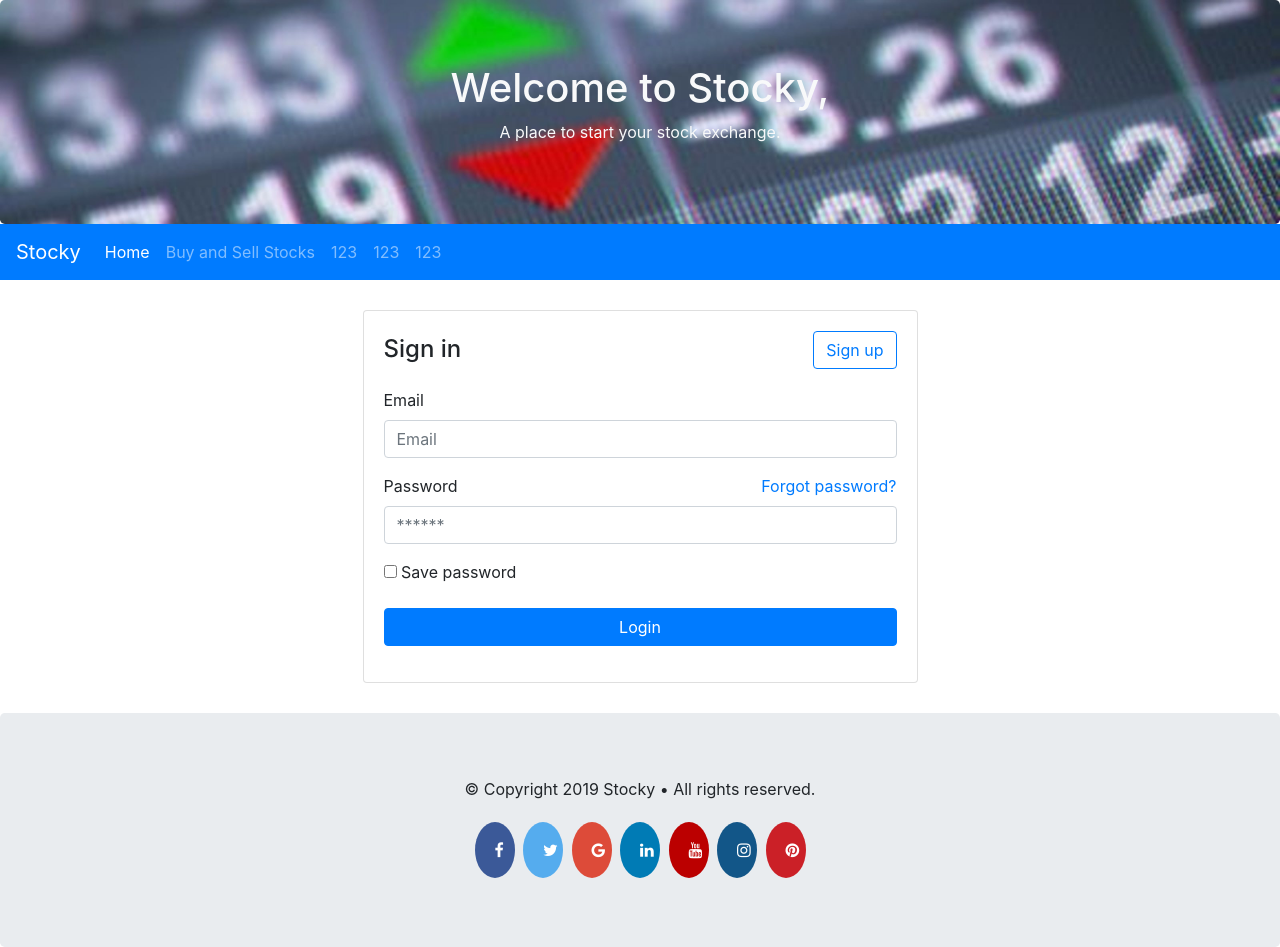
Repository: madfufuu/stocky
Page: http://localhost/stocky/
The author's editor kept a copy of each file at every save. The page is drawn from the files as they stood at one save, then again after the next save.
The browser window is 1280 px wide. The pictures show the whole page.
The page is served by Tomcat 9. Other server files are loaded and not shown.

Above is the page before, as saved 2019-11-27 23:16:16.

### stocky-new-master/stocky/WebContent/index.jsp
<%@ page language="java" contentType="text/html; charset=UTF-8"
    pageEncoding="UTF-8"%>
<!DOCTYPE html>
<html lang="en">
<head>
	<!-- Required meta tags -->
    <meta charset="utf-8">
    <meta name="viewport" content="width=device-width, initial-scale=1, shrink-to-fit=no">

	<!-- Bootstrap CSS -->
	<link rel="stylesheet" href="https://stackpath.bootstrapcdn.com/bootstrap/4.3.1/css/bootstrap.min.css" integrity="sha384-ggOyR0iXCbMQv3Xipma34MD+dH/1fQ784/j6cY/iJTQUOhcWr7x9JvoRxT2MZw1T" crossorigin="anonymous">
	<link rel="stylesheet" type="text/css" href="./style.css">
	<link rel="stylesheet" href="https://cdnjs.cloudflare.com/ajax/libs/font-awesome/4.7.0/css/font-awesome.min.css">

	<title>Stocky</title>
</head>

<body>
	<div class="jumbotron text-center" style="margin-bottom:0" id="jumbotron-top">
  		<h1 class="text-light">Welcome to Stocky,</h1>
 		<p class="text-light">A place to start your stock exchange.</p>
	</div>

	<nav class="navbar navbar-expand-lg navbar-dark bg-primary sticky-top">
  		<a class="navbar-brand" href="index.jsp">Stocky</a>
  		<button class="navbar-toggler" type="button" data-toggle="collapse" data-target="#navbarSupportedContent" aria-controls="navbarSupportedContent" aria-expanded="false" aria-label="Toggle navigation">
    		<span class="navbar-toggler-icon"></span>
  		</button>

  		<div class="collapse navbar-collapse" id="navbarSupportedContent">
			<ul class="navbar-nav mr-auto">
				<li class="nav-item active">
					<a class="nav-link" href="index.jsp">Home <span class="sr-only">(current)</span></a>
				</li>

				<li class="nav-item">
					<a class="nav-link" href="#">Buy and Sell Stocks</a>
				</li>

				<li class="nav-item">
					<a class="nav-link" href="#">123</a>
				</li>

				<li class="nav-item">
					<a class="nav-link" href="#">123</a>
				</li>

				<li class="nav-item">
					<a class="nav-link" href="#">123</a>
				</li>

			</ul>

		</div>
	</nav>

	<form method="post" action="LoginCheck">
	<div class="container" style="margin-top:30px; margin-bottom:30px">
		<div class="row">
			<div class="col-sm-12 d-flex justify-content-center">


				<div id="signin-form-card" class="card">
					<article class="card-body">
						<a href="signup.jsp" class="float-right btn btn-outline-primary">Sign up</a>
						<h4 class="card-title mb-4 mt-1">Sign in</h4>

							<div class="form-group">
								<label>Email</label>
								<input name="email" class="form-control" placeholder="Email" type="email">
							</div> <!-- form-group// -->
							<div class="form-group">
								<a class="float-right" href="#">Forgot password?</a>
								<label>Password</label>
								<input class="form-control" placeholder="******" type="password" name="password">
							</div> <!-- form-group// -->
							<div class="form-group">
								<div class="checkbox">
									<label> <input type="checkbox"> Save password </label>
								</div> <!-- checkbox .// -->
							</div> <!-- form-group// -->
							<div class="form-group">
								<button type="submit" class="btn btn-primary btn-block" value="login"> Login  </button>
							</div> <!-- form-group// -->

					</article>
				</div> <!-- card.// -->
			</div>
		</div>
	</div>
	</form>

	<div class="jumbotron text-center" style="margin-bottom:0">
		<p>© Copyright 2019 Stocky • All rights reserved.</p>
		<div>
			<a href="#" class="fa fa-facebook"></a> <a href="#"
				class="fa fa-twitter"></a> <a href="#" class="fa fa-google"></a> <a
				href="#" class="fa fa-linkedin"></a> <a href="#"
				class="fa fa-youtube"></a> <a href="#" class="fa fa-instagram"></a> <a href="#" class="fa fa-pinterest"></a>
		</div>
	</div>



	<!-- Optional JavaScript -->
    <!-- jQuery first, then Popper.js, then Bootstrap JS -->
	<script src="https://code.jquery.com/jquery-3.3.1.slim.min.js" integrity="sha384-q8i/X+965DzO0rT7abK41JStQIAqVgRVzpbzo5smXKp4YfRvH+8abtTE1Pi6jizo" crossorigin="anonymous"></script>
	<script src="https://cdnjs.cloudflare.com/ajax/libs/popper.js/1.14.7/umd/popper.min.js" integrity="sha384-UO2eT0CpHqdSJQ6hJty5KVphtPhzWj9WO1clHTMGa3JDZwrnQq4sF86dIHNDz0W1" crossorigin="anonymous"></script>
	<script src="https://stackpath.bootstrapcdn.com/bootstrap/4.3.1/js/bootstrap.min.js" integrity="sha384-JjSmVgyd0p3pXB1rRibZUAYoIIy6OrQ6VrjIEaFf/nJGzIxFDsf4x0xIM+B07jRM" crossorigin="anonymous"></script>
</body>
</html>

### stocky-new-master/stocky/WebContent/style.css
@charset "UTF-8";
#signin-form-card {
	width: 50%;
}

#signupForm{
	text-align: center;
	margin-top:  30px;
	margin-bottom:  30px;
}

#jumbotron-top {
  background-image: url("assets/jumbotron_bottom.jpg");
  background-size: cover;
}

.fa {
  padding: 20px;
  font-size: 30px;
  width: 30px;
  text-align: center;
  text-decoration: none;
  margin: 5px 2px;
  border-radius: 50%;
}

.fa:hover {
    opacity: 0.7;
}

.fa-facebook {
  background: #3B5998;
  color: white;
}

.fa-twitter {
  background: #55ACEE;
  color: white;
}

.fa-google {
  background: #dd4b39;
  color: white;
}

.fa-linkedin {
  background: #007bb5;
  color: white;
}

.fa-youtube {
  background: #bb0000;
  color: white;
}

.fa-instagram {
  background: #125688;
  color: white;
}

.fa-pinterest {
  background: #cb2027;
  color: white;
}

After the next save:
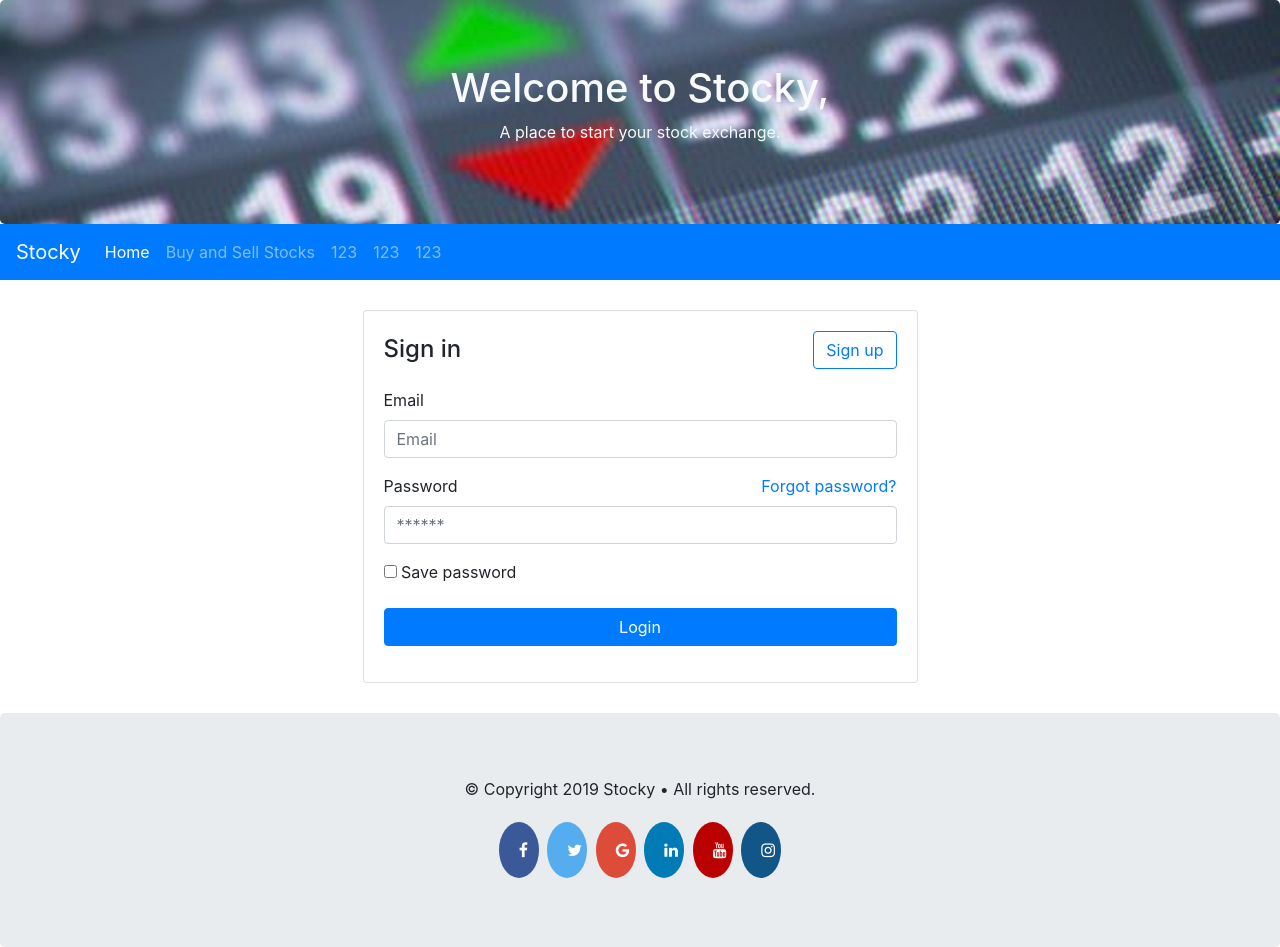
Saved 41 s later.
--- a/stocky-new-master/stocky/WebContent/index.jsp
+++ b/stocky-new-master/stocky/WebContent/index.jsp
@@ -96,7 +96,7 @@
 			<a href="#" class="fa fa-facebook"></a> <a href="#"
 				class="fa fa-twitter"></a> <a href="#" class="fa fa-google"></a> <a
 				href="#" class="fa fa-linkedin"></a> <a href="#"
-				class="fa fa-youtube"></a> <a href="#" class="fa fa-instagram"></a> <a href="#" class="fa fa-pinterest"></a>
+				class="fa fa-youtube"></a> <a href="#" class="fa fa-instagram"></a>
 		</div>
 	</div>
 
